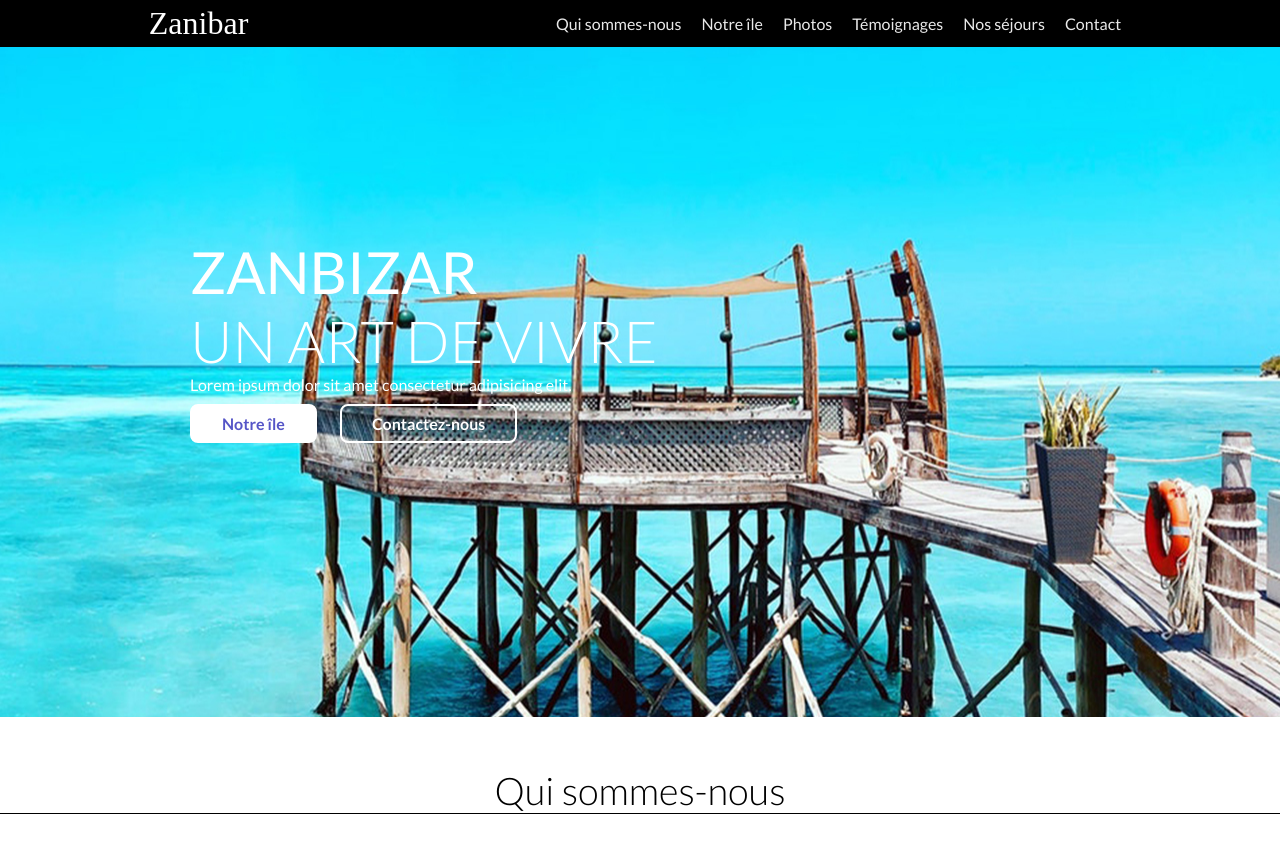
Repository: ypiard85/zanzibar
Page: index.html
The author's editor kept a copy of each file at every save. The page is drawn from the files as they stood at one save, then again after the next save.
The browser window is 1280 px wide. The pictures show the whole page.
Some web fonts or font styles are not loaded; a fallback is used.

Above is the page before, as saved 2021-02-23 15:32:49.

### index.html
<!DOCTYPE html>
<html lang="en">
<head>
    <meta charset="UTF-8">
    <meta http-equiv="X-UA-Compatible" content="IE=edge">
    <meta name="viewport" content="width=device-width, initial-scale=1.0">
    <link rel="stylesheet" href="font/font.css">
    <link rel="stylesheet" href="./style.css">
    <link href="https://fonts.googleapis.com/css?family=Lato:300,400,700" rel="stylesheet">
    <link href="https://fonts.googleapis.com/css?family=Sanchez" rel="stylesheet">
    <title>Document</title>
</head>
<body>
    <div class="wrapper">
        <header role="header">
            <nav class="nav">
                <div class="nav_left">
                    <a href="">
                        Zanibar
                    </a>
                </div>
                <ul class="nav_link">
                    <li><a href="">Qui sommes-nous</a></li>
                    <li><a href="">Notre île</a></li>
                    <li><a href="">Photos</a></li>
                    <li><a href="">Témoignages</a></li>
                    <li><a href="">Nos séjours</a></li>
                    <li><a href="">Contact</a></li>
                </ul>
            </nav>
        </header>
        <section class="image_thumbnail">
            <div class="content_thumbnail">
                <p class="titlte_first">ZANBIZAR</p>
                <p class="title_second">UN ART DE VIVRE</p>
                <p>Lorem ipsum dolor sit amet consectetur adipisicing elit.</p>
                <a href="" class="btn_plein">Notre île</a>
                <a href="" class="btn_empty">Contactez-nous</a>
            </div>
        </section>
        <section class="about">
            <div class="title">
                <p>Qui sommes-nous</p>
            </div>
        </section>
    </div>
</body>
</html>

### font/font.css
/*! Generated by Font Squirrel (https://www.fontsquirrel.com) on June 4, 2019 */



@font-face {
    font-family: 'warnesregular';
    src: url('warnes-regular-webfont.eot');
    src: url('warnes-regular-webfont.eot?#iefix') format('embedded-opentype'),
         url('warnes-regular-webfont.woff2') format('woff2'),
         url('warnes-regular-webfont.woff') format('woff'),
         url('warnes-regular-webfont.ttf') format('truetype'),
         url('warnes-regular-webfont.svg#warnesregular') format('svg');
    font-weight: normal;
    font-style: normal;

}

### style.css
:root{
    --font-family-title: "warnesregular";
    --guillemet-citation: "Sanchez", serif;
    --font-size-title-medium: 38px;
}

*{
    margin: 0;
    padding: 0;
    box-sizing: content-box;
    list-style: none;
    text-decoration: none;
}

html {
    background-color: #fff;
    font-family: "Lato", "Arial", sans-serif;
}


.nav{
    background: black;
    display: flex;
    justify-content: space-around;
    align-items: center;
    padding: 5px 0;
}

.nav *{
    color: #fff;
}

.nav_left a{
    font-family: var(--font-family-title);
    font-size: 32px;
}

.nav_link{
    display: flex;
}

.nav_link li a{
    color: rgb(233, 233, 233);
    margin: 0 10px;

}

.image_thumbnail{
    background-image: url('./header.jpg');
    background-repeat: no-repeat;
    background-position: center right;
    height: 93vh;

}

.content_thumbnail{
    padding: 190px;
    color: #fff;
}

.content_thumbnail .titlte_first{
    font-size: 58px;
}

.content_thumbnail .title_second{
    font-size: 58px;
    font-weight: 100;
}

.content_thumbnail > a{
    display: inline-block;
    margin-top: 10px;
    padding: 8px 30px;
    border-radius: 8px;
    border: 2px solid #fff;
    margin-right: 20px;
    font-weight: 600;
}

.btn_plein{
    background-color: white;
    color: rgb(85, 85, 199);
}

.btn_empty{
    background-color: transparent;
    color: #fff;
}

.about{
    padding: 50px 0;
}

.about > .title > p{
    text-align: center;
    border-bottom: 1px solid black;
    font-weight: 100;
    font-size: var(--font-size-title-medium);

}

After the next save:
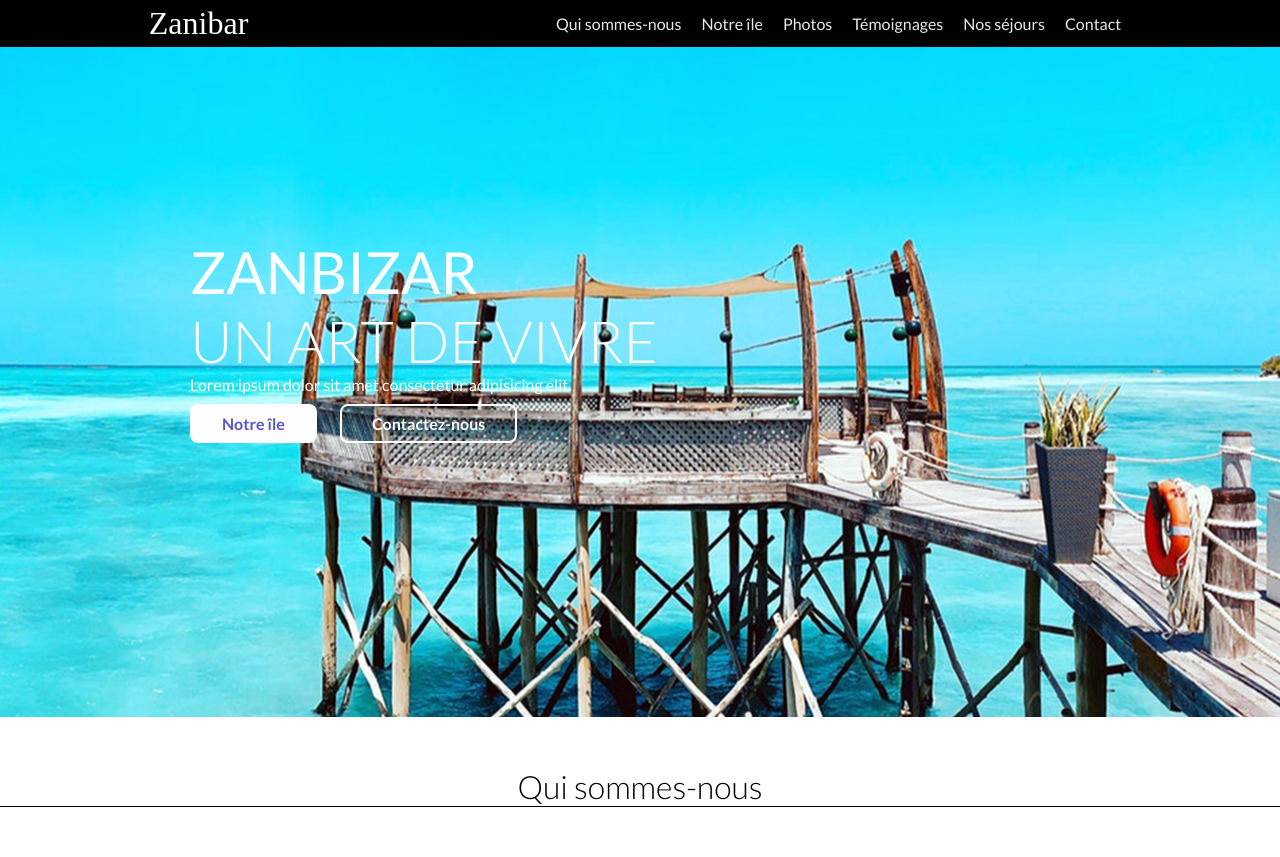
Saved 4 s later.
--- a/style.css
+++ b/style.css
@@ -1,7 +1,7 @@
 :root{
     --font-family-title: "warnesregular";
     --guillemet-citation: "Sanchez", serif;
-    --font-size-title-medium: 38px;
+    --font-size-title-medium: 32px;
 }
 
 *{
